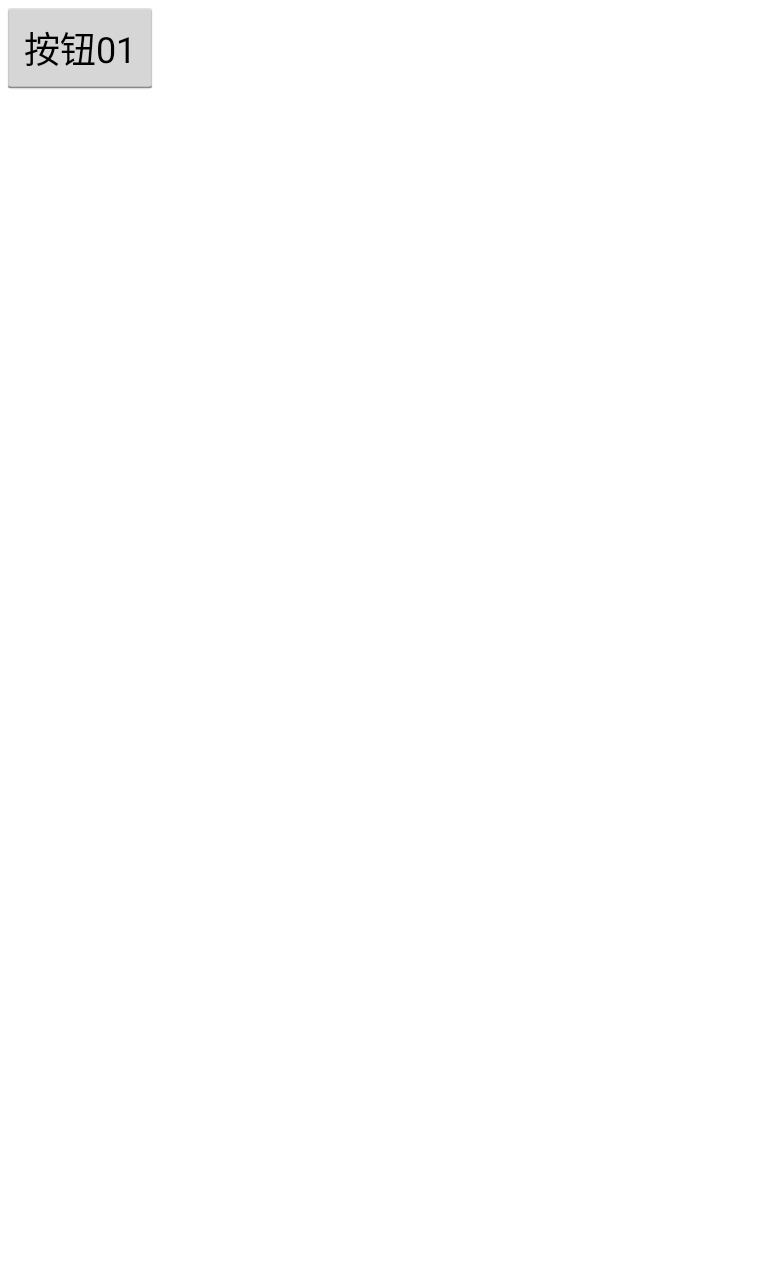
Repository: sonyi/androidClass
Layout: androidExercise/Android_003_TableLayout/res/layout/activity_main.xml
An editor plug-in stored every save of this project. The layout is shown before and after the next save, followed by the edit.
It is drawn on a 768 x 1280 px phone screen (xhdpi) without system bars, with theme AppTheme; the app's code is not run.

Above is the layout before, as saved 2014-05-29 05:04:03.

After the next save:
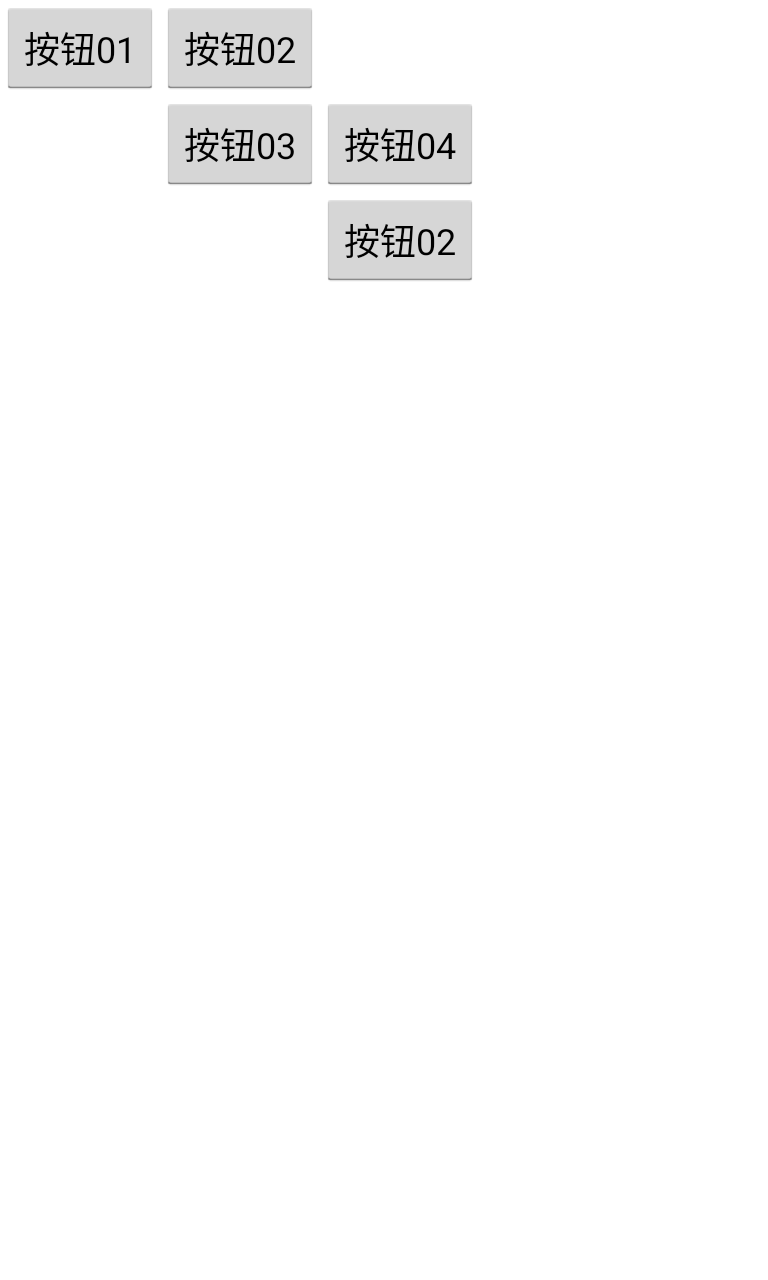
Saved 3 min 56 s later.
--- a/androidExercise/Android_003_TableLayout/res/layout/activity_main.xml
+++ b/androidExercise/Android_003_TableLayout/res/layout/activity_main.xml
@@ -10,8 +10,42 @@
             android:id="@+id/btn_01"
             android:layout_width="wrap_content"
             android:layout_height="wrap_content"
+            android:layout_column="0"
+            android:text="按钮01" />
+
+        <Button
+            android:id="@+id/btn_02"
+            android:layout_width="wrap_content"
+            android:layout_height="wrap_content"
             android:layout_column="1"
-            android:text="按钮01" />
+            android:text="按钮02" />
     </TableRow>
 
+     <TableRow >
+
+        <Button
+            android:id="@+id/btn_03"
+            android:layout_width="wrap_content"
+            android:layout_height="wrap_content"
+            android:layout_column="1"
+            android:text="按钮03" />
+
+        <Button
+            android:id="@+id/btn_04"
+            android:layout_width="wrap_content"
+            android:layout_height="wrap_content"
+            android:layout_column="1"
+            android:text="按钮04" />
+    </TableRow>
+    <TableRow >
+
+        <Button
+            android:id="@+id/btn_05"
+            android:layout_width="wrap_content"
+            android:layout_height="wrap_content"
+            android:layout_column="2"
+            android:text="按钮02" />
+
+
+    </TableRow>
 </TableLayout>
